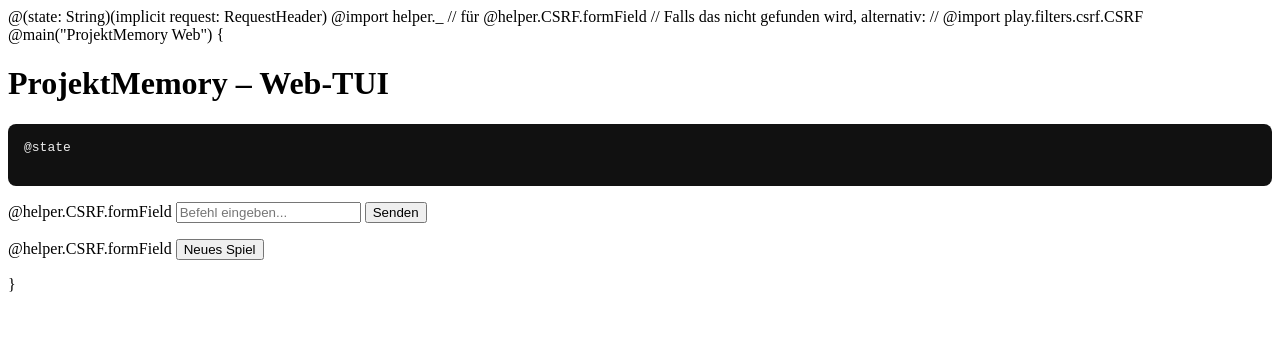
Repository: Leonope/ProjektMemory
Page: app/views/game.scala.html
These files come from the project's save history. The page is drawn as it stood at one moment and after the next save; the edit follows.
The browser window is 1280 px wide. The pictures show the whole page.

Above is the page before, as saved 2025-10-15 15:08:57.

After the next save:
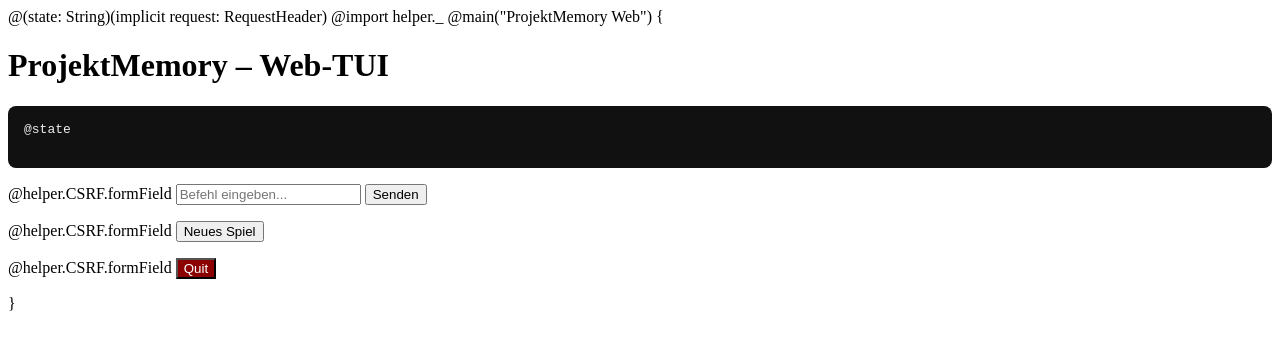
Saved 30 min 39 s later.
--- a/app/views/game.scala.html
+++ b/app/views/game.scala.html
@@ -1,8 +1,5 @@
 @(state: String)(implicit request: RequestHeader)
-
-@import helper._           // für @helper.CSRF.formField
-// Falls das nicht gefunden wird, alternativ:
-// @import play.filters.csrf.CSRF
+@import helper._
 
 @main("ProjektMemory Web") {
   <h1>ProjektMemory – Web-TUI</h1>
@@ -21,4 +18,9 @@
     @helper.CSRF.formField
     <button type="submit">Neues Spiel</button>
   </form>
+
+  <form method="post" action='@routes.GameController.quit' style="margin-top:0.5rem;">
+    @helper.CSRF.formField
+    <button type="submit" style="background-color: darkred; color: white;">Quit</button>
+  </form>
 }
